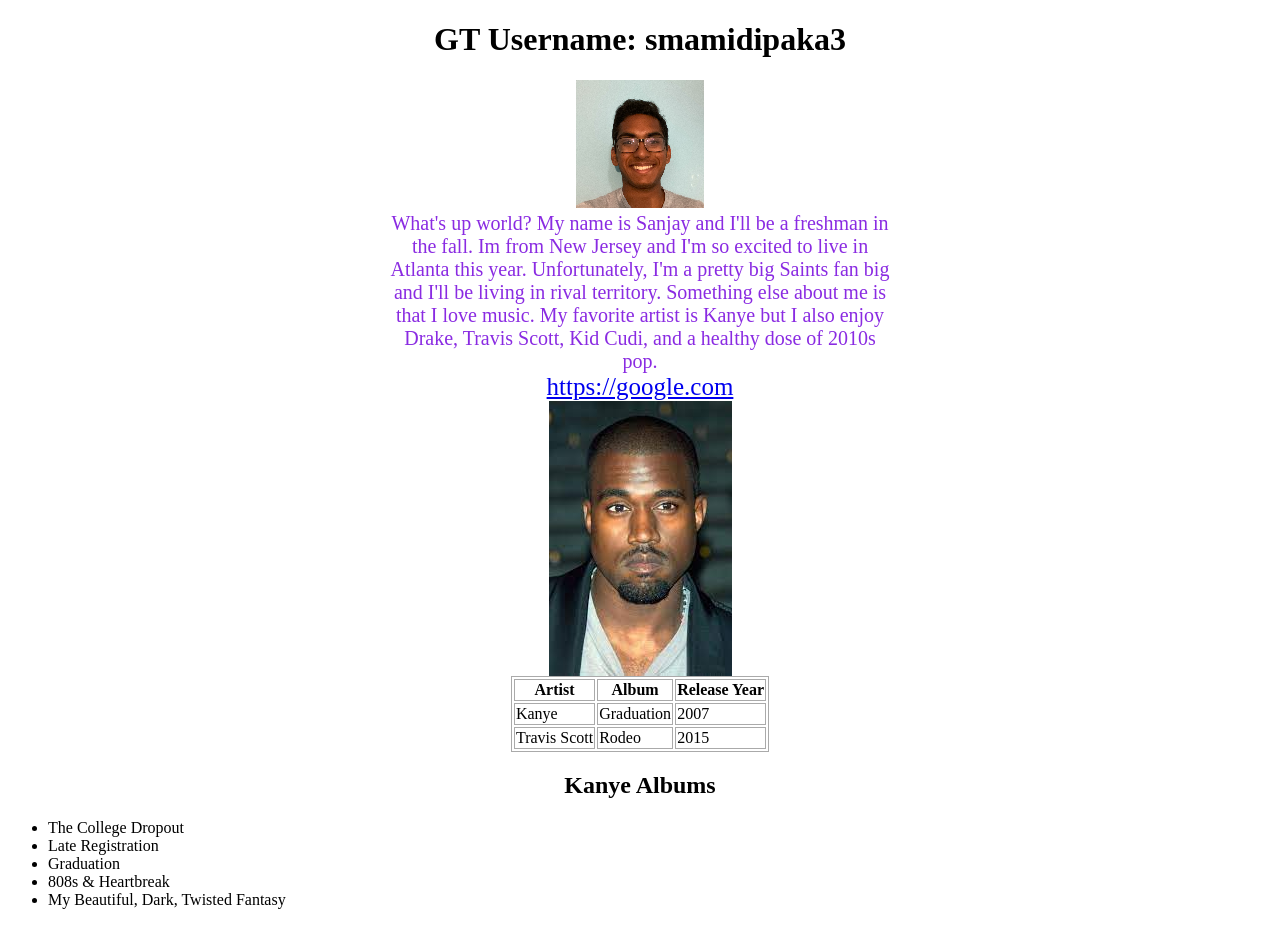
Repository: sanjayMamidipaka/cs1301
Page: lab01/index.html
These files come from the project's save history. The page is drawn as it stood at one moment and after a run of saves; the edit follows.
The browser window is 1280 px wide. The pictures show the whole page.

Above is the page before, as saved 2021-07-22 17:07:05.

### lab01/index.html
<!DOCTYPE html>

<head>
    <link rel="stylesheet" href="style.css">
  </head>

  <div class = "h1">
    <h1>GT Username: smamidipaka3</h1>

    <img src="image.png" alt="My Picture">
    <p class = 'description'>
        What's up world? My name is Sanjay and I'll be a freshman in the fall. Im from New Jersey and I'm so excited to live in Atlanta this year.
        Unfortunately, I'm a pretty big Saints fan big and I'll be living in rival territory. Something else about me is that I love music. My favorite artist is Kanye but
        I also enjoy Drake, Travis Scott, Kid Cudi, and a healthy dose of 2010s pop.
    </p>

    <a class='link' href="https://google.com">https://google.com</a>

  </div>

  <a href="https://www.kanyewest.com/" >
    <img class='kanye' src="kanye.jpeg" alt="The GOAT's pic">
</a>

<table class='table'>
    <tr>
        <th>Artist</th>
        <th>Album</th>
        <th>Release Year</th>
    </tr>

    <tr>
        <td>Kanye</td>
        <td>Graduation</td>
        <td>2007</td>
    </tr>

    <tr>
        <td>Travis Scott</td>
        <td>Rodeo</td>
        <td>2015</td>
    </tr>
</table>

<div class='listdiv'></div>
    <h2 class='listtitle'>Kanye Albums</h2>

    <ul class='list'>
        <li>The College Dropout</li>
        <li>Late Registration</li>
        <li>Graduation</li>
        <li>808s & Heartbreak</li>
        <li>My Beautiful, Dark, Twisted Fantasy</li>
      </ul>
</div>

### lab01/style.css
.h1 {
    text-align: center
}

.description {
    width: 500px;
    text-align: center;
    margin: auto;
    color: blueviolet;
    font-size: 20px;
}

.link {
    font-size: 25px;
}

.kanye {
    display: block;
    margin-left: auto;
    margin-right: auto;
}

.table, th, td {
    border: 1px solid #aaaaaa;
    margin-left: auto;
    margin-right: auto;
}

.listtitle {
    text-align: center;
}

.listdiv {
    margin-left: auto;
    margin-right: auto;
}

After the next 3 saves:
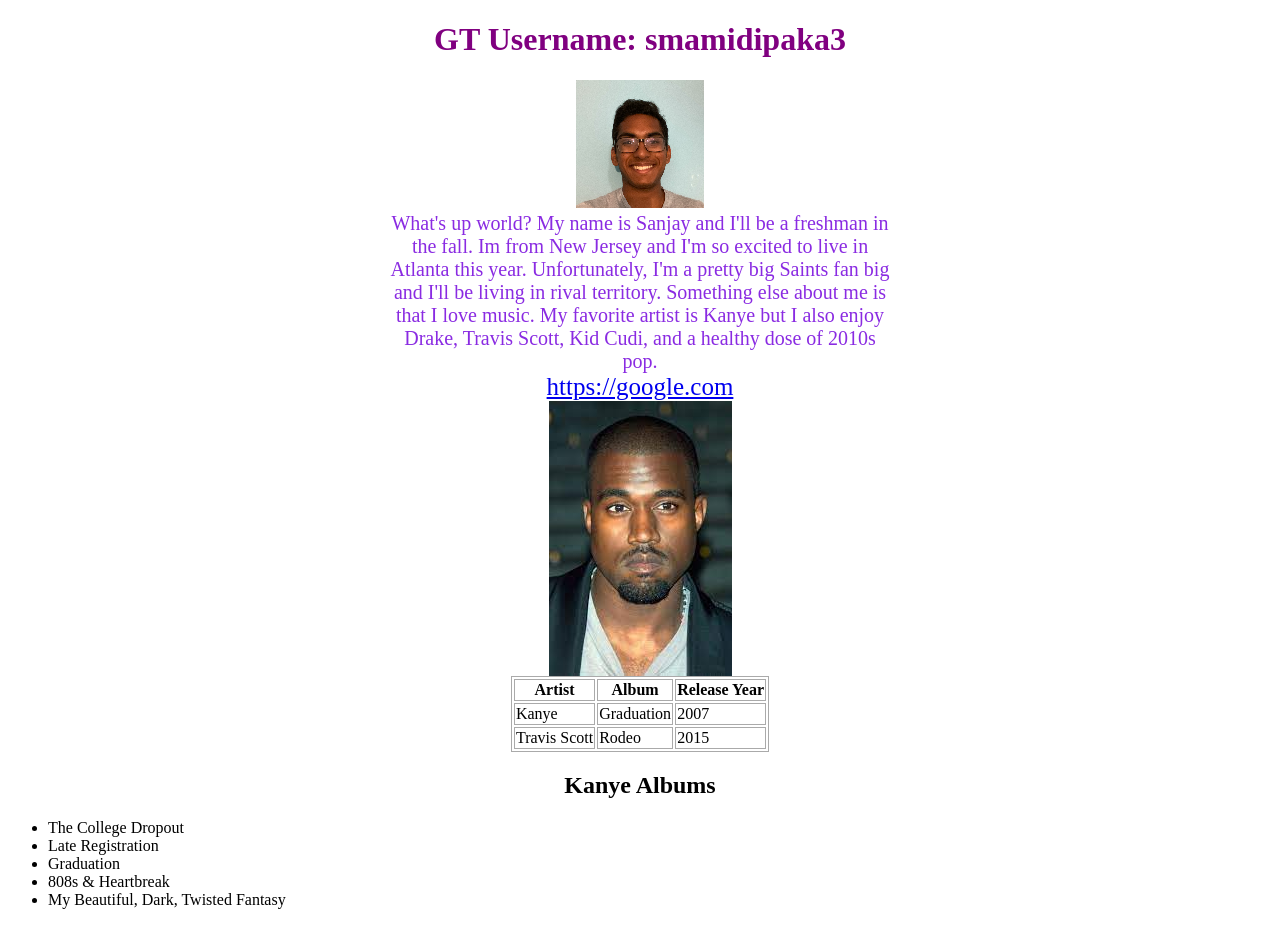
The 3 saves are shown as one change because they came seconds apart.
The last was saved 49 s later.
--- a/lab01/style.css
+++ b/lab01/style.css
@@ -1,5 +1,6 @@
 .h1 {
-    text-align: center
+    text-align: center;
+    color: purple;
 }
 
 .description {
